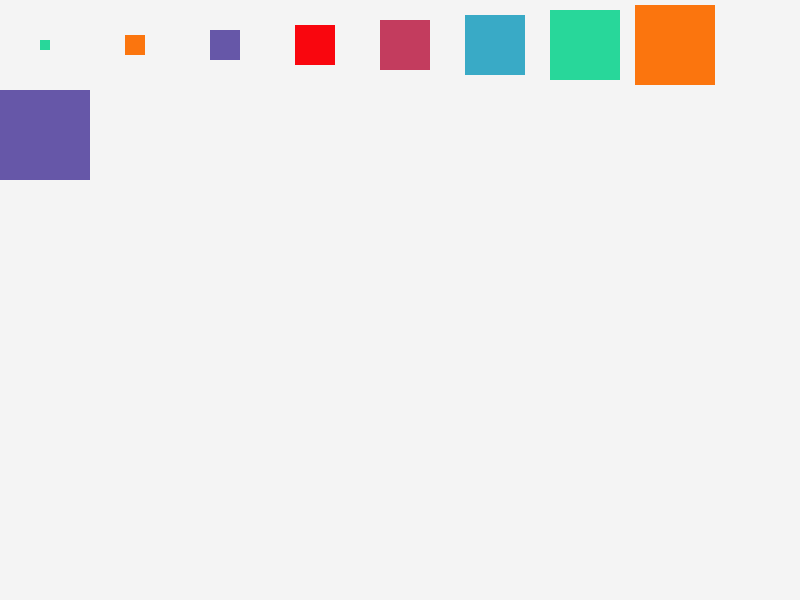
Repository: vitmac1/eclipse-workspace-project
Program's window: java exercicios-javafx/src/layout/AppLayout.java
An editor plug-in stored every save of this project. The program's window is shown before and after the next save, followed by the edit.
It runs on Java 21 on a 1366 x 768 screen with JavaFX 11; the title bar is not drawn. The picture is taken after one second of simulated time with no key pressed.

Above is the program's window before, as saved 2022-10-21 17:51:35.

After the next save:
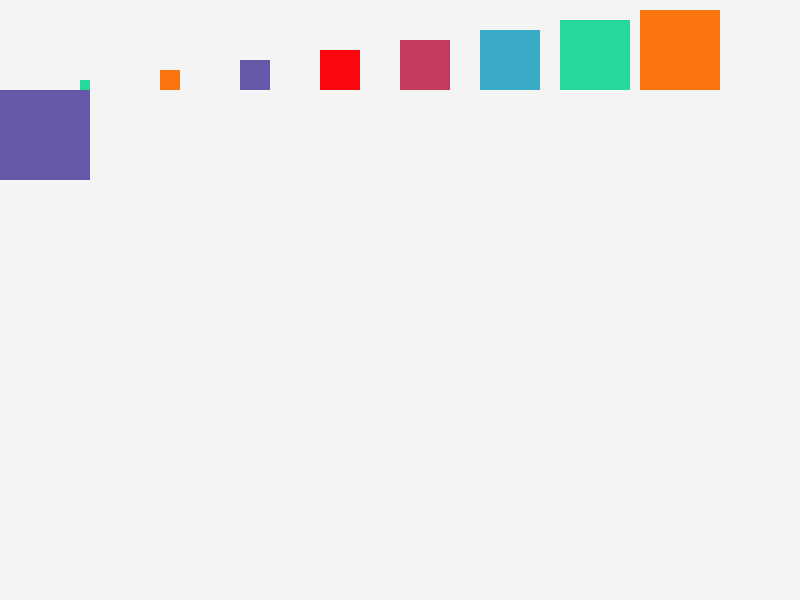
Saved 29 s later.
--- a/exercicios-javafx/src/layout/TesteTilePane.java
+++ b/exercicios-javafx/src/layout/TesteTilePane.java
@@ -3,6 +3,7 @@
 import java.util.ArrayList;
 import java.util.List;
 
+import javafx.geometry.Pos;
 import javafx.scene.layout.TilePane;
 
 public class TesteTilePane extends TilePane{
@@ -15,6 +16,8 @@
 			quadrados.add(new Quadrado(i * 10));
 		}
 
+		setTileAlignment(Pos.BOTTOM_RIGHT);
+
 		getChildren().addAll(quadrados);
 	}
 }
